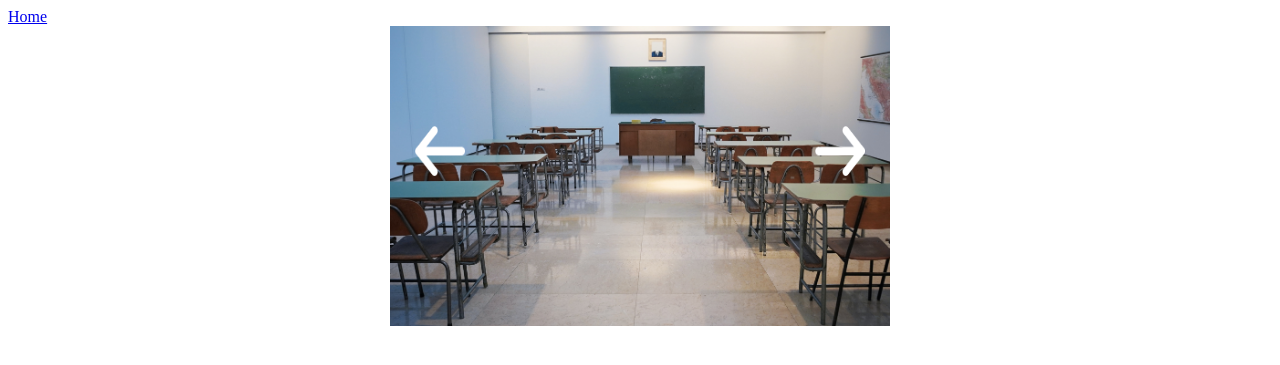
Repository: jjennbui/class8
Page: /carouselPage
The author's editor kept a copy of each file at every save. The page is drawn from the files as they stood at one save, then again after the next save.
The browser window is 1280 px wide. The pictures show the whole page.
The project was rebuilt for these pictures with package versions that can differ from the ones it lists, and the page was loaded fresh each time. The framework's server and built-in components were replaced by stand-ins that run in the browser. Also part of the build but not shown: next.config.js.

Above is the page before, as saved 2023-02-20 18:27:21.

After the next save:
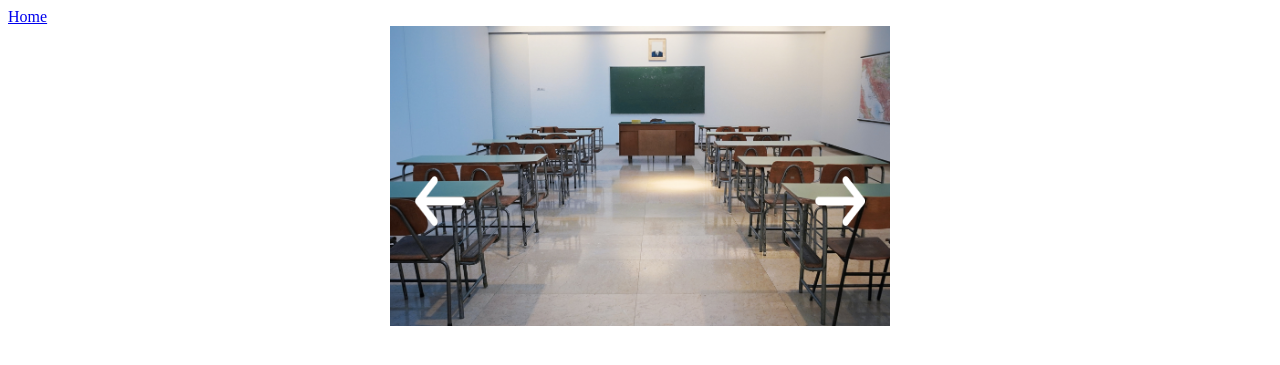
Saved 4 s later.
--- a/components/carousel/carousel.module.css
+++ b/components/carousel/carousel.module.css
@@ -2,7 +2,7 @@
     display: flex;
     justify-content: center;
     position: relative;
-    top: 100px;
+    top: 150px;
     gap: 350px;
 
 }
